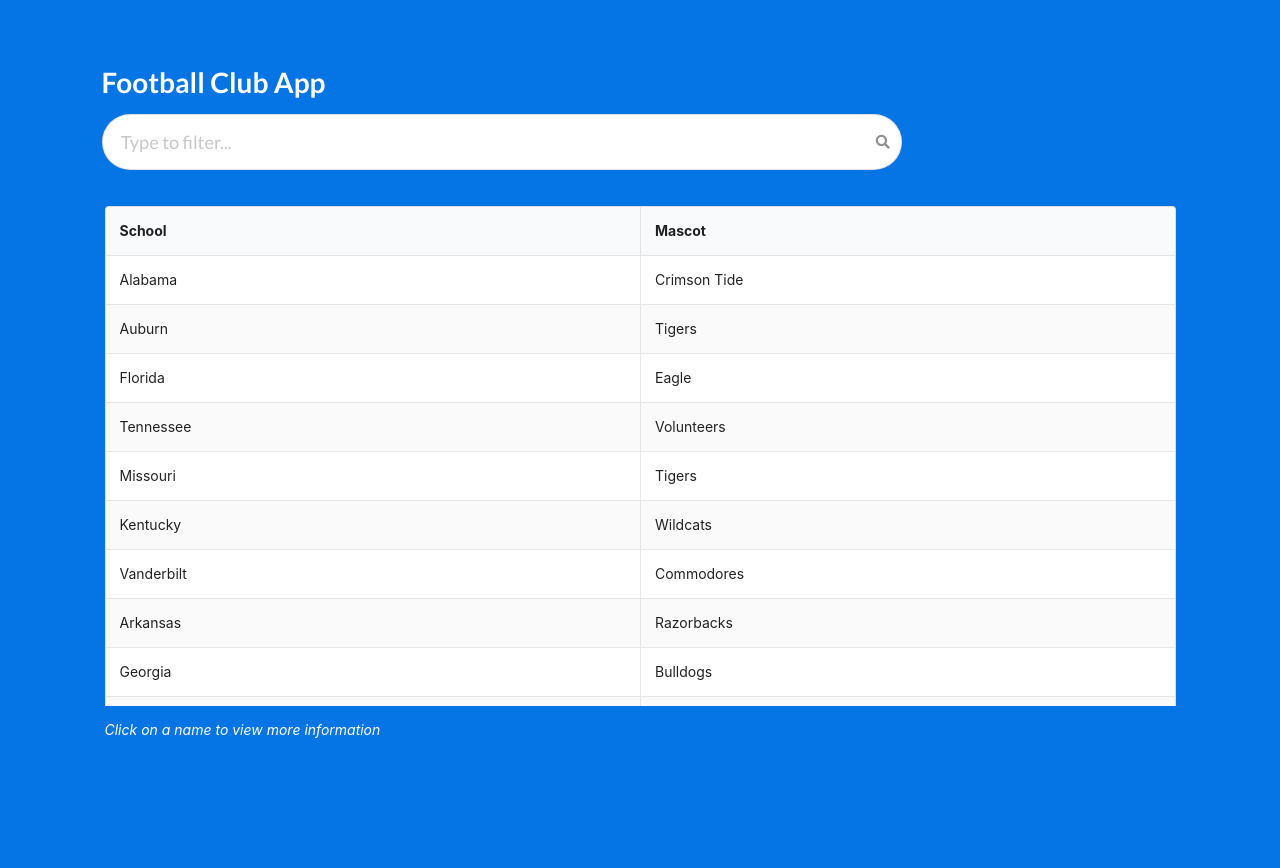
Repository: edwarddubi/Bootcamp_4_React
Page: / (app in bootcamp-4-react/)
An editor plug-in stored every save of this project. The page is shown before and after the next save, followed by the edit.
The browser window is 1280 px wide. The pictures show the whole page.
An inner scrolling area shows only its first screen. The project was rebuilt for these pictures with package versions that can differ from the ones it lists, and the page was loaded fresh each time.

Above is the page before, as saved 2020-07-14 10:15:01.

### bootcamp-4-react/public/index.html
<!DOCTYPE html>
<html lang="en">
  <head>
    <meta charset="utf-8" />
    <link rel="icon" href="%PUBLIC_URL%/favicon.ico" />
    <link
      rel="stylesheet"
      href="https://cdnjs.cloudflare.com/ajax/libs/semantic-ui/2.4.1/semantic.min.css"
    />
    <meta name="viewport" content="width=device-width, initial-scale=1" />
    <meta name="theme-color" content="#000000" />
    <meta
      name="description"
      content="Find all Football Clubs Here"
    />
    <link rel="apple-touch-icon" href="%PUBLIC_URL%/logo192.png" />
    <!--
      manifest.json provides metadata used when your web app is installed on a
      user's mobile device or desktop. See https://developers.google.com/web/fundamentals/web-app-manifest/
    -->
    <link rel="manifest" href="%PUBLIC_URL%/manifest.json" />
    <!--
      Notice the use of %PUBLIC_URL% in the tags above.
      It will be replaced with the URL of the `public` folder during the build.
      Only files inside the `public` folder can be referenced from the HTML.

      Unlike "/favicon.ico" or "favicon.ico", "%PUBLIC_URL%/favicon.ico" will
      work correctly both with client-side routing and a non-root public URL.
      Learn how to configure a non-root public URL by running `npm run build`.
    -->
    <title>Football Club App</title>
  </head>
  <style>
    .ui.table thead tr:first-child > th {
      position: sticky !important;
      top: 0;
      z-index: 2;
    }
    .ui.search > .ui.input.icon { width: 800px; margin-left: 25px; }
  </style>
  <body>
    <noscript>You need to enable JavaScript to run this app.</noscript>
    <div id="root"></div>
    <!--
      This HTML file is a template.
      If you open it directly in the browser, you will see an empty page.

      You can add webfonts, meta tags, or analytics to this file.
      The build step will place the bundled scripts into the <body> tag.

      To begin the development, run `npm start` or `yarn start`.
      To create a production bundle, use `npm run build` or `yarn build`.
    -->
  </body>
</html>

### bootcamp-4-react/src/index.css
body {
  margin: 0;
  font-family: -apple-system, BlinkMacSystemFont, 'Segoe UI', 'Roboto', 'Oxygen',
    'Ubuntu', 'Cantarell', 'Fira Sans', 'Droid Sans', 'Helvetica Neue',
    sans-serif;
  -webkit-font-smoothing: antialiased;
  -moz-osx-font-smoothing: grayscale;
}

code {
  font-family: source-code-pro, Menlo, Monaco, Consolas, 'Courier New',
    monospace;
}


.bg{
	background: #0575e6;
	justify-content: center;
}


/* ##### general ##### */
* {
	box-sizing: border-box;
}
main {
	padding: 0 2rem;
}

input[type='text'] {
	margin: 1rem;
	background: #fff;
	font-size: 1.3rem;
	border: none;
	box-shadow: inset 0 0 2px rgb(250, 251, 252);
	border-radius: 35px;
	padding: 0 2rem;
	width: calc(100% - 2rem);
	height: 4rem;
}

/* ##### Rows ##### */
.row {
	margin-top: 0rem;
	justify-content: center;
}

.row:after {
	padding: 1 0rem;
	content: '';
	display: table;
	clear: both;


}

.tableWrapper {
	max-height: 500px;
	min-height: 500px;
	overflow: auto;
	scroll-behavior: smooth;
	align-items: flex-start;
	align-self: flex-end;
}

button {
	background: #d7d7d7;
	color: #3b3b3b;
	padding: 0.6rem 1rem;
	font-size: 0.8rem;
	border: solid 1px #c7c7c7;
	margin: 1rem 0;
	box-shadow: 0 3px 10px rgba(0, 0, 0, 0.1);
	border-radius: 3px;
	outline: none;
}
button:hover {
	background: rgb(100, 78, 78);
}

### bootcamp-4-react/src/App.js
import React, { useState } from "react";
import Search from "./components/Search";
import ViewFootballClub from "./components/ViewFootballClub";
import FootballClubLists from "./components/FootballClubLists";
import AddFootballClub from "./components/AddFootballClub";
import RemoveFootballClub from "./components/RemoveFootballClub";
import EditFootballClub from "./components/EditFootballClub"
import { getData } from "./data/data.js";

function App() {
  const [data, setData] = useState(getData());
  const [filteredClubs, setFilteredClubs] = useState([])


  return (
    <div className="App">
      <div className="bg">
        <div
          style={{ paddingTop: "5%", paddingBottom: "10%" }}
          class="ui container"
        >
          <h1 style={{ color: "white", marginLeft: "25px" }}>
            Football Club App
          </h1>
          <Search data={data} setFilteredClubs={setFilteredClubs} />

          <main style={{ marginTop: "50px" }} className="main">
            <div class="ui grid">
              <div class="table-responsive" className="tableWrapper">
                <table
                  style={{ width: "100%" }}
                  class="ui stackable fixed striped single line selectable celled table padded "
                >
                  <thead>
                    <tr>
                      <th>School</th>
                      <th>Mascot</th>
                    </tr>
                  </thead>
                  <FootballClubLists data={data} filteredClubs={filteredClubs} />
                  <tfoot>
                    <tr>
                      <th>{filteredClubs.length !== 0 ? "Search results: " + filteredClubs.length : data.length} School(s)</th>
                      <th></th>
                    </tr>
                  </tfoot>
                </table>
              </div>

              <div class="six wide column">
                <ViewFootballClub data={data} />
              </div>

              <div>
                <AddFootballClub data={data} />
              </div>
              <div>
                <EditFootballClub data={data} />
              </div>

              <div>
                <RemoveFootballClub data={data} />
              </div>
            </div>
          </main>
        </div>
      </div>
    </div>
  );
}

export default App;

### bootcamp-4-react/src/components/Search.js
import React from "react";
import {getFilteredClubs} from "../Functions/AppFunctions"

const Search = (props) => {

  const filterText = (event) =>{
    props.setFilteredClubs(getFilteredClubs(event.target.value, props.data))
  }
  //You will need to save the value from the textbox and update it as it changes
  //You will need the onChange value for the input tag to capture the textbox value

  return (
    <div>
      <div  style={{ marginTop: "1rem" }} class="ui search fluid">
        <div class="ui icon input">
          <input
            onChange={filterText}
            class="prompt"
            type="text"
            placeholder="Type to filter..."
          ></input>
          <i class="search icon"></i>
        </div>
      </div>
    </div>
  );
};

export default Search;

### bootcamp-4-react/src/components/ViewFootballClub.js
import React, {useState, useEffect} from 'react';


const ViewFootballClub = (props) => {


    return (
        <div>
            <div style={{alignItems:"center", justifyContent:"center"}}>
                <i style={{color:"white"}}>Click on a name to view more information</i>
            </div>

        </div>
    );
};
export default ViewFootballClub;

### bootcamp-4-react/src/components/FootballClubLists.js
import React from "react";

const FootballClubLists = (props) => {

  const buildingList =
    props.filteredClubs.length === 0
      ? props.data.map((footballClub) => {
          return (
            <tr key={footballClub.id}>
              <td data-label="School">{footballClub.school} </td>
              <td data-label="Mascot"> {footballClub.mascot} </td>
            </tr>
          );
        })
      : props.filteredClubs.map((footballClub) => {
        return (
          <tr key={footballClub.id}>
            <td data-label="School">{footballClub.school} </td>
            <td data-label="Mascot"> {footballClub.mascot} </td>
          </tr>
        );
      });

  return <tbody>{buildingList}</tbody>;
};
export default FootballClubLists;

### bootcamp-4-react/src/components/AddFootballClub.js
import React, { useState, useEffect } from "react";

const AddFootballClub = (props) => {
  return <div></div>;
};
export default AddFootballClub;

### bootcamp-4-react/src/components/RemoveFootballClub.js

import React, {useState, useEffect} from 'react';


const RemoveFootballClub = (props) => {


    return(
        <div>

    </div>

    );

};


export default RemoveFootballClub;

### bootcamp-4-react/src/components/EditFootballClub.js
import React, { useState, useEffect } from "react";

const AddFootballClub = (props) => {
  return <div></div>;
};
export default AddFootballClub;

### bootcamp-4-react/src/data/data.js
import schools from './schools.json'

const getData = () => {
  let all_footballClubs = [];
  let id = 1;
    schools.forEach(element => {
        element["id"] = id
        all_footballClubs.push(element)
        id++

    });
  return all_footballClubs
};

export { getData };

### bootcamp-4-react/src/Functions/AppFunctions.js

/**
 * Write all your functions here and export them to use in each respective component
 * An example is done below for filtering football clubs
 */



const getFilteredClubs = (filterText, data) => {
  //Here you will need to update the value of the filter with the value from the textbox

  return data.filter((footballClub) => {
    return (
      filterText.length > 0 &&
      footballClub.school
        .toLowerCase()
        .indexOf(filterText.toLowerCase().trim()) !== -1
    );
  });

};


export {getFilteredClubs}

Loaded but not shown: bootcamp-4-react/src/index.js (common file); bootcamp-4-react/src/serviceWorker.js (common file); bootcamp-4-react/src/data/schools.json (110 lines, source omitted)

After the next save:
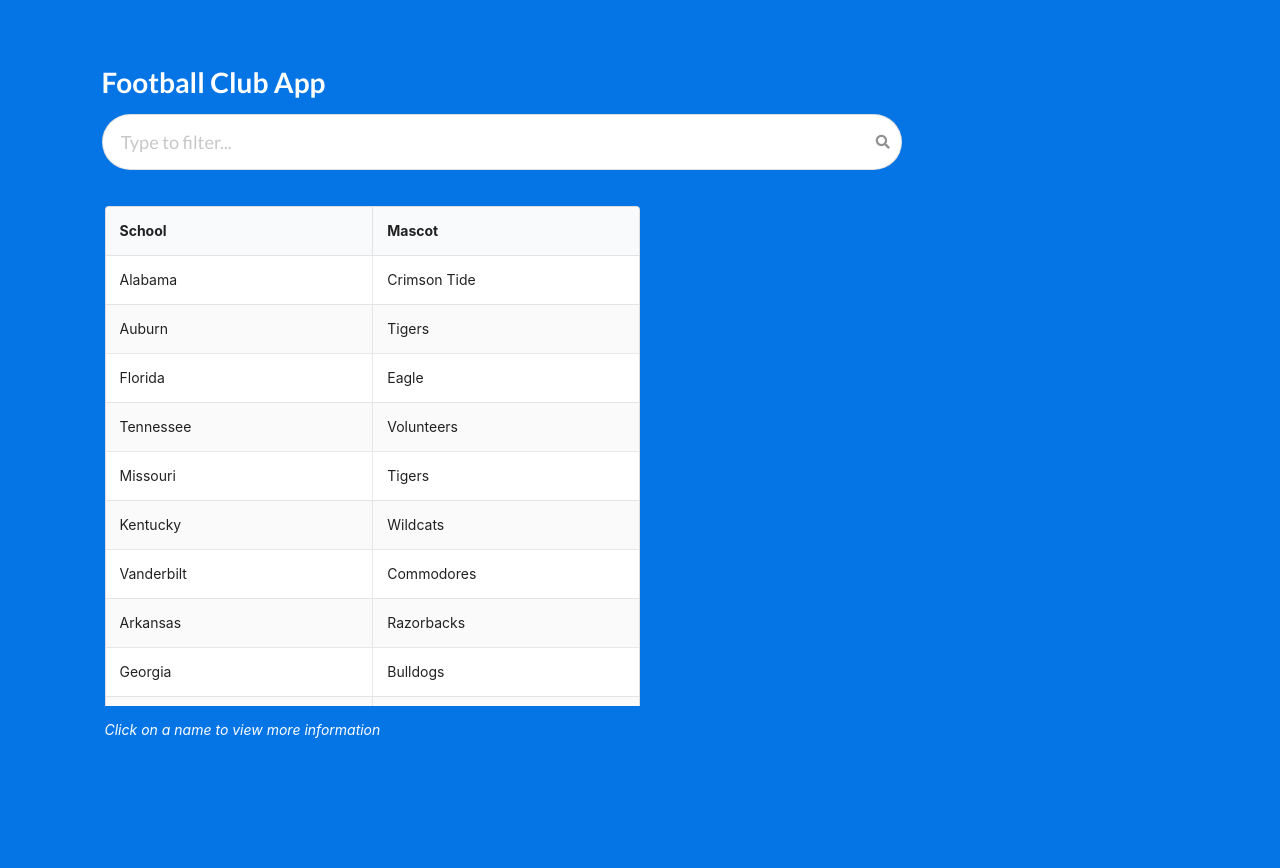
Saved 4 s later.
--- a/bootcamp-4-react/src/App.js
+++ b/bootcamp-4-react/src/App.js
@@ -28,7 +28,7 @@
             <div class="ui grid">
               <div class="table-responsive" className="tableWrapper">
                 <table
-                  style={{ width: "100%" }}
+                  style={{ width: "50%" }}
                   class="ui stackable fixed striped single line selectable celled table padded "
                 >
                   <thead>

After the 2 saves that followed:
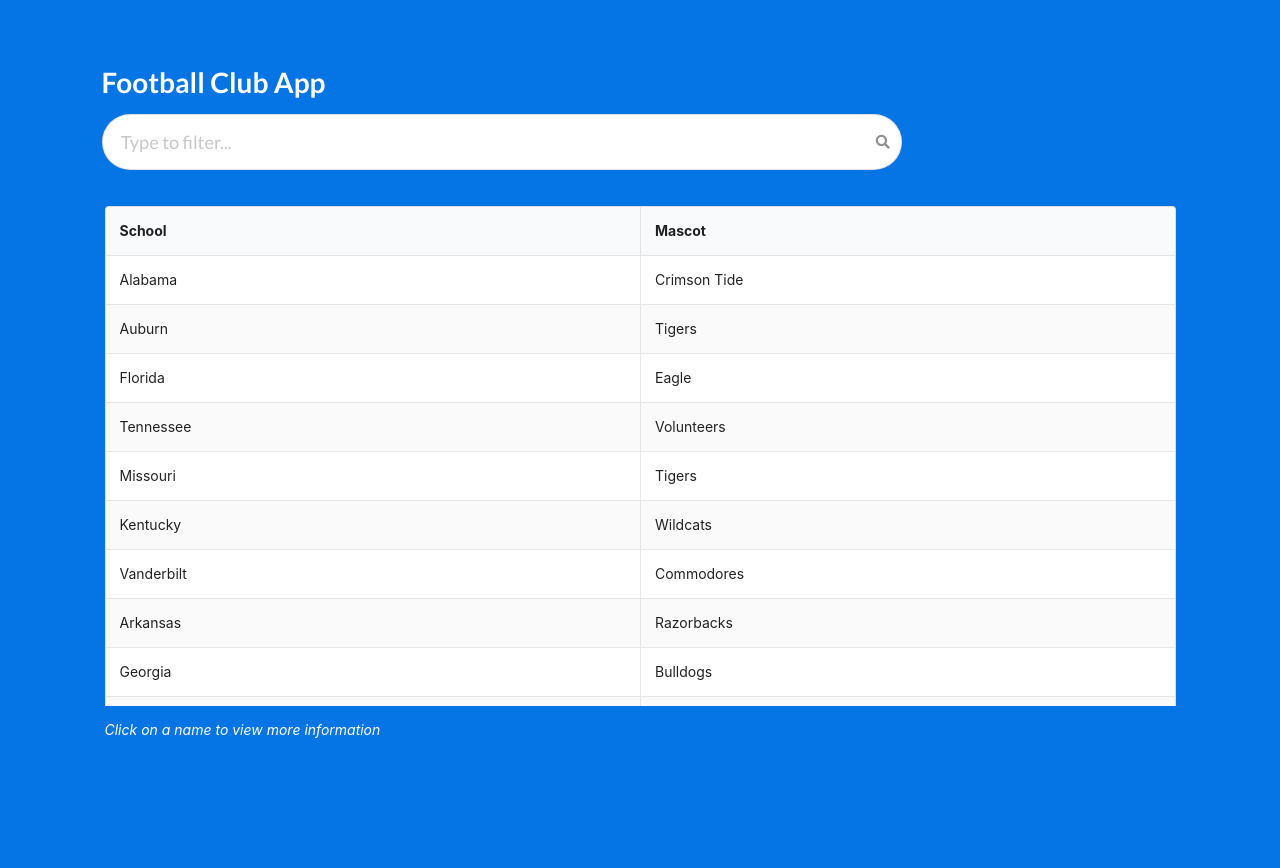
The 2 saves are shown as one change because they came seconds apart.
The last was saved 16 s later.
--- a/bootcamp-4-react/src/App.js
+++ b/bootcamp-4-react/src/App.js
@@ -28,7 +28,6 @@
             <div class="ui grid">
               <div class="table-responsive" className="tableWrapper">
                 <table
-                  style={{ width: "50%" }}
                   class="ui stackable fixed striped single line selectable celled table padded "
                 >
                   <thead>
